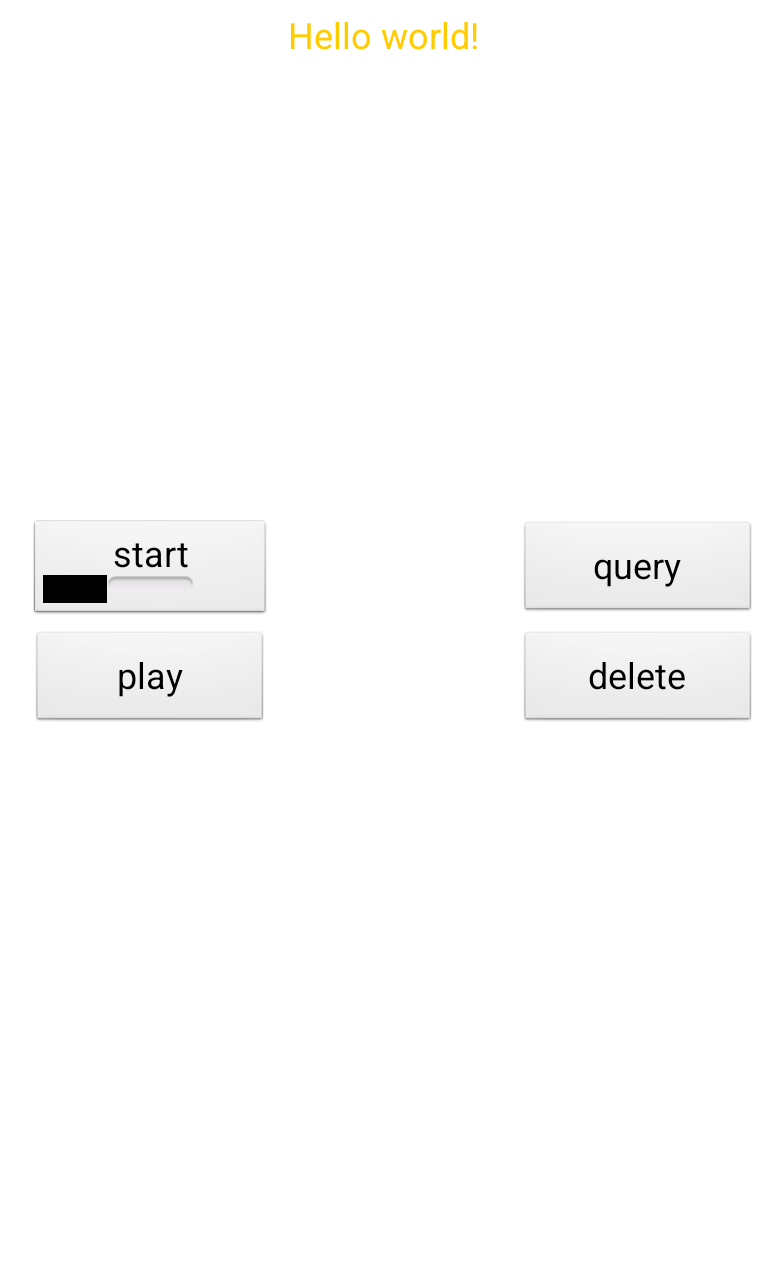
Repository: FreyrChen/tucan_Linux_practice
Layout: 4_Android_program/MusicIdentify/res/layout/activity_main.xml
These files come from the project's save history. The layout is drawn as it stood at one moment and after the next save; the edit follows.
It is drawn on a 768 x 1280 px phone screen (xhdpi) without system bars, with theme AppTheme; the app's code is not run.

Above is the layout before, as saved 2013-05-30 09:02:08.

After the next save:
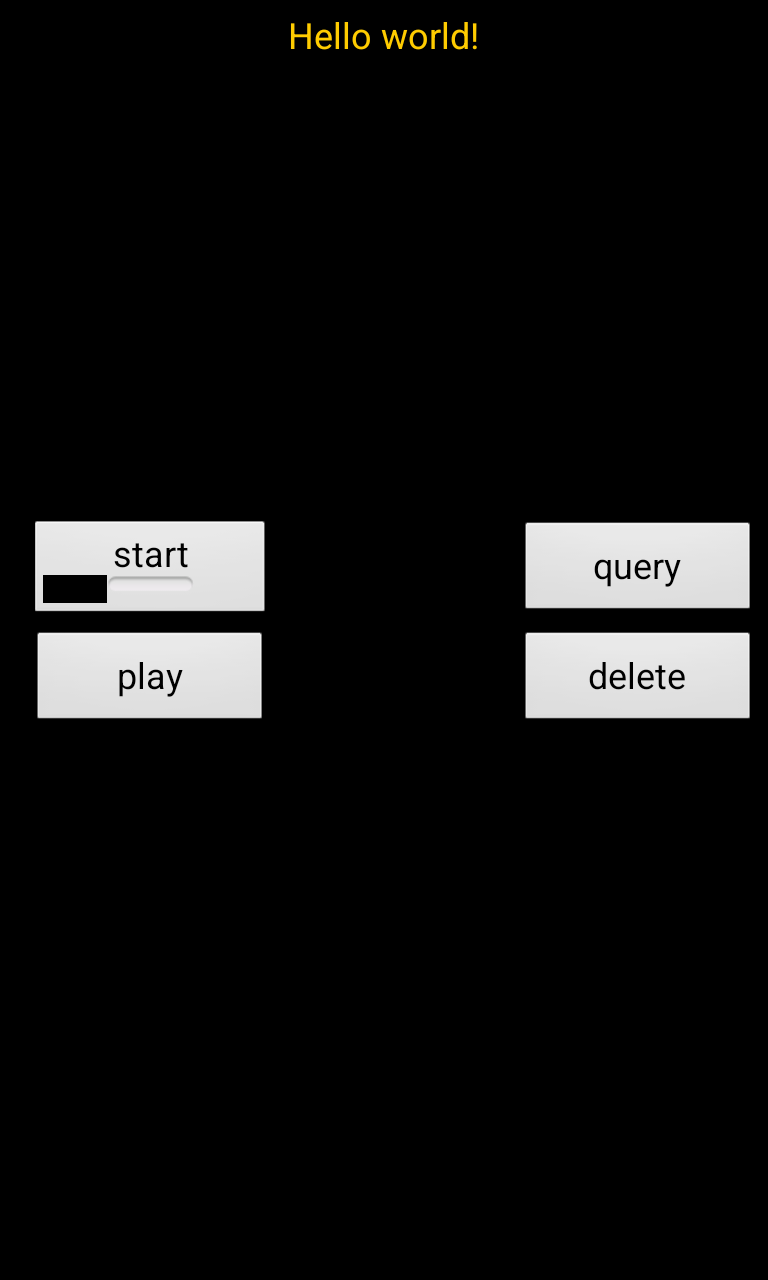
Saved 41 s later.
--- a/4_Android_program/MusicIdentify/res/layout/activity_main.xml
+++ b/4_Android_program/MusicIdentify/res/layout/activity_main.xml
@@ -3,7 +3,7 @@
     android:layout_width="match_parent"
     android:layout_height="match_parent"
     android:padding="10px"
-    android:background="#FFFFFF"
+    android:background="#000000"
     tools:context=".MainActivity" >
 
     <TextView
